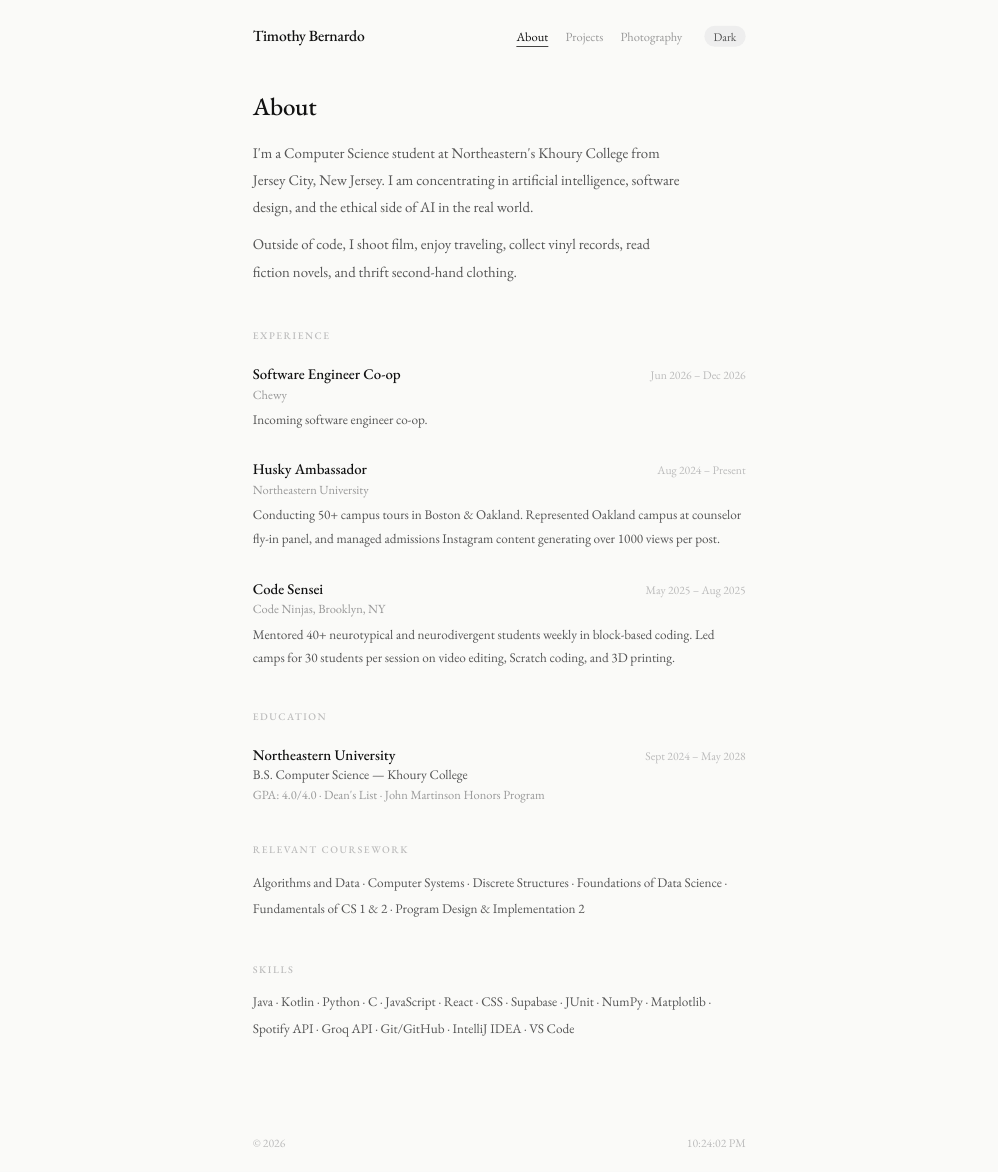
Repository: timothybernardo/portfolio
Page: /about
An editor plug-in stored every save of this project. The page is shown before and after the next save, followed by the edit.
The browser window is 1280 px wide. The pictures show the whole page, at 78% of full size.
The project was rebuilt for these pictures with package versions that can differ from the ones it lists, and the page was loaded fresh each time. Also part of the build but not shown: src/pages/Home.jsx, src/data/projects.js, src/pages/Projects.jsx, src/data/photos.js, src/components/PhotoCard.jsx, src/pages/Photography.jsx.

Above is the page before, as saved 2026-03-08 17:59:21.

### public/index.html
<!DOCTYPE html>
<html lang="en">
<head>
  <meta charset="UTF-8" />
  <meta name="viewport" content="width=device-width, initial-scale=1.0" />
  <title>Timothy Bernardo</title>
  <link rel="icon" href="/favicon.ico" />
  <link href="https://fonts.googleapis.com/css2?family=EB+Garamond:ital,wght@0,400;0,500;0,600;0,700;1,400&display=swap" rel="stylesheet" />
</head>
<body>
  <div id="root"></div>
</body>
</html>

### src/index.js
import React from "react";
import ReactDOM from "react-dom/client";
import { BrowserRouter } from "react-router-dom";
import App from "./App";
import "./index.css";

const root = ReactDOM.createRoot(document.getElementById("root"));
root.render(
  <React.StrictMode>
    <BrowserRouter>
      <App />
    </BrowserRouter>
  </React.StrictMode>
);

### src/App.jsx
import { useState } from "react";
import { Routes, Route } from "react-router-dom";
import { themes, serif } from "./theme";
import Header from "./components/Header";
import Footer from "./components/Footer";
import Home from "./pages/Home";
import About from "./pages/About";
import Projects from "./pages/Projects";
import Photography from "./pages/Photography";

export default function App() {
  const [dark, setDark] = useState(false);
const theme = dark ? themes.dark : themes.light;
document.documentElement.style.background = theme.bg;
document.body.style.background = theme.bg;

  return (
    <div
      style={{
        fontFamily: serif,
        color: theme.text,
        minHeight: "100vh",
        background: theme.bg,
        display: "flex",
        flexDirection: "column",
        transition: "background 0.3s, color 0.3s",
      }}
    >
      <Header theme={theme} isDark={dark} onToggle={() => setDark(!dark)} />

      <main style={{ maxWidth: 680, width: "100%", margin: "0 auto", padding: "0 24px 100px", flex: 1 }}>
        <Routes>
          <Route path="/" element={<Home theme={theme} />} />
          <Route path="/about" element={<About theme={theme} />} />
          <Route path="/projects" element={<Projects theme={theme} />} />
          <Route path="/photography" element={<Photography theme={theme} />} />
          <Route path="/photography/:id" element={<Photography theme={theme} />} />
        </Routes>
      </main>

      <Footer theme={theme} />
    </div>
  );
}

### src/index.css
* {
  margin: 0;
  padding: 0;
  box-sizing: border-box;
}

html {
  scroll-behavior: smooth;
  overflow-y: scroll;
}

html, body, #root {
  min-height: 100%;
  height: 100%;
  background: inherit;
}

body {
  -webkit-font-smoothing: antialiased;
  -moz-osx-font-smoothing: grayscale;
  overscroll-behavior: none;
}

img {
  will-change: opacity;
}

a {
  text-decoration: none;
  color: inherit;
}

@media (max-width: 600px) {
  .desktop-nav {
    display: none !important;
  }

  .mobile-menu-btn {
    display: block !important;
  }

  .mobile-nav {
    display: flex !important;
  }
}

### src/theme.js
export const serif = "'EB Garamond', Georgia, 'Times New Roman', serif";

export const themes = {
  light: {
    bg: "#fafaf8",
    text: "#111",
    sub: "#555",
    muted: "#999",
    faint: "#bbb",
    border: "#ece9e5",
    pill: "#111",
    pillT: "#fff",
    pillB: "#ddd",
    badge: "rgba(255,255,255,0.3)",
    toggle: "#eee",
    toggleTxt: "#555",
  },
  dark: {
    bg: "#131313",
    text: "#e4e0da",
    sub: "#a09a93",
    muted: "#6b665f",
    faint: "#4a4640",
    border: "#282624",
    pill: "#e4e0da",
    pillT: "#131313",
    pillB: "#383530",
    badge: "rgba(255,255,255,0.18)",
    toggle: "#282624",
    toggleTxt: "#a09a93",
  },
};

### src/components/Header.jsx
import { useState } from "react";
import { Link, useLocation } from "react-router-dom";
import { serif } from "../theme";

const links = [
  { path: "/about", label: "About" },
  { path: "/projects", label: "Projects" },
  { path: "/photography", label: "Photography" },
];

export default function Header({ theme, onToggle, isDark }) {
  const { pathname } = useLocation();
  const [menuOpen, setMenuOpen] = useState(false);

  return (
    <header
      style={{
        maxWidth: 680,
        width: "100%",
        margin: "0 auto",
        padding: "32px 24px 0",
        fontFamily: serif,
      }}
    >
      <div style={{ display: "flex", justifyContent: "space-between", alignItems: "baseline" }}>
        <Link to="/" style={{ fontWeight: 500, fontSize: 20, letterSpacing: "-0.3px" }}
          onClick={() => setMenuOpen(false)}>
          Timothy Bernardo
        </Link>

        {/* Desktop nav */}
        <nav className="desktop-nav" style={{ display: "flex", gap: 22, alignItems: "baseline" }}>
          {links.map(({ path, label }) => (
            <Link
              key={path}
              to={path}
              style={{
                fontSize: 16,
                color: pathname === path ? theme.text : theme.muted,
                paddingBottom: 2,
                borderBottom:
                  pathname === path
                    ? `1.5px solid ${theme.text}`
                    : "1.5px solid transparent",
              }}
            >
              {label}
            </Link>
          ))}
          <span
            onClick={onToggle}
            style={{
              fontFamily: serif,
              fontSize: 15,
              cursor: "pointer",
              padding: "4px 12px",
              borderRadius: 14,
              background: theme.toggle,
              color: theme.toggleTxt,
              marginLeft: 6,
              userSelect: "none",
            }}
          >
            {isDark ? "Light" : "Dark"}
          </span>
        </nav>

        {/* Mobile menu button */}
        <span
          className="mobile-menu-btn"
          onClick={() => setMenuOpen(!menuOpen)}
          style={{
            fontSize: 24,
            cursor: "pointer",
            color: theme.text,
            userSelect: "none",
            display: "none",
          }}
        >
          {menuOpen ? "×" : "≡"}
        </span>
      </div>

      {/* Mobile nav dropdown */}
      {menuOpen && (
        <nav
          className="mobile-nav"
          style={{
            display: "none",
            flexDirection: "column",
            gap: 18,
            paddingTop: 24,
            paddingBottom: 8,
          }}
        >
          {links.map(({ path, label }) => (
            <Link
              key={path}
              to={path}
              onClick={() => setMenuOpen(false)}
              style={{
                fontSize: 20,
                color: pathname === path ? theme.text : theme.muted,
              }}
            >
              {label}
            </Link>
          ))}
          <span
            onClick={() => { onToggle(); setMenuOpen(false); }}
            style={{
              fontSize: 18,
              cursor: "pointer",
              color: theme.muted,
            }}
          >
            {isDark ? "Switch to Light" : "Switch to Dark"}
          </span>
        </nav>
      )}
    </header>
  );
}

### src/components/Footer.jsx
import Clock from "./Clock";
import { serif } from "../theme";

export default function Footer({ theme }) {
  return (
    <footer
      style={{
        maxWidth: 680,
        width: "100%",
        margin: "0 auto",
        padding: "20px 24px 28px",
        fontSize: 15,
        color: theme.faint,
        display: "flex",
        justifyContent: "space-between",
        alignItems: "center",
        fontFamily: serif,
      }}
    >
      <span>&copy; 2026</span>
      <Clock color={theme.faint} />
    </footer>
  );
}

### src/pages/About.jsx
import { serif } from "../theme";
import { experience, education, skills, courses } from "../data/experience";

export default function About({ theme }) {
  return (
    <div style={{ marginTop: 56, fontFamily: serif }}>
      <h2 style={{ fontSize: 32, fontWeight: 500, letterSpacing: "-0.3px", marginBottom: 20 }}>
        About
      </h2>
      <p style={{ fontSize: 19, color: theme.sub, lineHeight: 1.85, maxWidth: 560, marginBottom: 12 }}>
        I'm a Computer Science student at Northeastern's Khoury College from Jersey City, New Jersey.
        I am concentrating in artificial intelligence, software design, and the ethical side of AI in the real world.
      </p>
      <p style={{ fontSize: 19, color: theme.sub, lineHeight: 1.85, maxWidth: 560, marginBottom: 56 }}>
        Outside of code, I shoot film, enjoy traveling,
        collect vinyl records, read fiction novels, and thrift second-hand clothing.
      </p>

      {/* Experience */}
      <h3 style={{ fontSize: 13, fontWeight: 500, textTransform: "uppercase", letterSpacing: "2px", color: theme.faint, marginBottom: 28 }}>
        Experience
      </h3>
      {experience.map((e, i) => (
        <div key={i} style={{ marginBottom: 36 }}>
          <div style={{ display: "flex", justifyContent: "space-between", alignItems: "baseline", flexWrap: "wrap", gap: 8, marginBottom: 3 }}>
            <span style={{ fontSize: 19, fontWeight: 500 }}>{e.role}</span>
            <span style={{ fontSize: 15, color: theme.faint }}>{e.period}</span>
          </div>
          <span style={{ fontSize: 16, color: theme.muted }}>{e.place}</span>
          <p style={{ fontSize: 17, color: theme.sub, lineHeight: 1.75, margin: "8px 0 0" }}>
            {e.desc}
          </p>
        </div>
      ))}

      {/* Education */}
      <h3 style={{ fontSize: 13, fontWeight: 500, textTransform: "uppercase", letterSpacing: "2px", color: theme.faint, marginBottom: 28, marginTop: 52 }}>
        Education
      </h3>
      {education.map((ed, i) => (
        <div key={i} style={{ marginBottom: 20 }}>
          <div style={{ display: "flex", justifyContent: "space-between", alignItems: "baseline", flexWrap: "wrap", gap: 8 }}>
            <span style={{ fontSize: 19, fontWeight: 500 }}>{ed.school}</span>
            <span style={{ fontSize: 15, color: theme.faint }}>{ed.period}</span>
          </div>
          <span style={{ fontSize: 17, color: theme.sub, display: "block", marginTop: 2 }}>{ed.degree}</span>
          {ed.detail && (
            <span style={{ fontSize: 16, color: theme.muted, display: "block", marginTop: 4 }}>{ed.detail}</span>
          )}
        </div>
      ))}

      {/* Coursework */}
      <h3 style={{ fontSize: 13, fontWeight: 500, textTransform: "uppercase", letterSpacing: "2px", color: theme.faint, marginBottom: 16, marginTop: 52 }}>
        Relevant Coursework
      </h3>
      <p style={{ fontSize: 17, color: theme.sub, lineHeight: 2 }}>
        {courses.join("  ·  ")}
      </p>

      {/* Skills */}
      <h3 style={{ fontSize: 13, fontWeight: 500, textTransform: "uppercase", letterSpacing: "2px", color: theme.faint, marginBottom: 16, marginTop: 52 }}>
        Skills
      </h3>
      <p style={{ fontSize: 17, color: theme.sub, lineHeight: 2 }}>
        {skills.join("  ·  ")}
      </p>
    </div>
  );
}

### src/components/Clock.jsx
import { useState, useEffect } from "react";

export default function Clock({ color }) {
  const [time, setTime] = useState(new Date());

  useEffect(() => {
    const interval = setInterval(() => setTime(new Date()), 1000);
    return () => clearInterval(interval);
  }, []);

  return (
    <span style={{ color }}>
      {time.toLocaleTimeString("en-US", {
        hour: "2-digit",
        minute: "2-digit",
        second: "2-digit",
      })}
    </span>
  );
}

### src/data/experience.js
export const experience = [
  {
    role: "Software Engineer Co-op",
    place: "Chewy",
    period: "Jun 2026 – Dec 2026",
    desc: "Incoming software engineer co-op."
  },
  {
    role: "Husky Ambassador",
    place: "Northeastern University",
    period: "Aug 2024 – Present",
    desc: "Conducting 50+ campus tours in Boston & Oakland. Represented Oakland campus at counselor fly-in panel, and managed admissions Instagram content generating over 1000 views per post.",
  },
  {
    role: "Code Sensei",
    place: "Code Ninjas, Brooklyn, NY",
    period: "May 2025 – Aug 2025",
    desc: "Mentored 40+ neurotypical and neurodivergent students weekly in block-based coding. Led camps for 30 students per session on video editing, Scratch coding, and 3D printing.",
  },
];

export const education = [
  {
    school: "Northeastern University",
    degree: "B.S. Computer Science — Khoury College",
    period: "Sept 2024 – May 2028",
    detail: "GPA: 4.0/4.0 · Dean's List · John Martinson Honors Program",
  },
];

export const skills = [
  "Java", "Kotlin", "Python", "C", "JavaScript",
  "React", "CSS", "Supabase", "JUnit", "NumPy", "Matplotlib",
  "Spotify API", "Groq API",
  "Git/GitHub", "IntelliJ IDEA", "VS Code",
];

export const courses = [
  "Algorithms and Data", "Computer Systems", "Discrete Structures",
  "Foundations of Data Science", "Fundamentals of CS 1 & 2",
  "Program Design & Implementation 2",
];

After the next save:
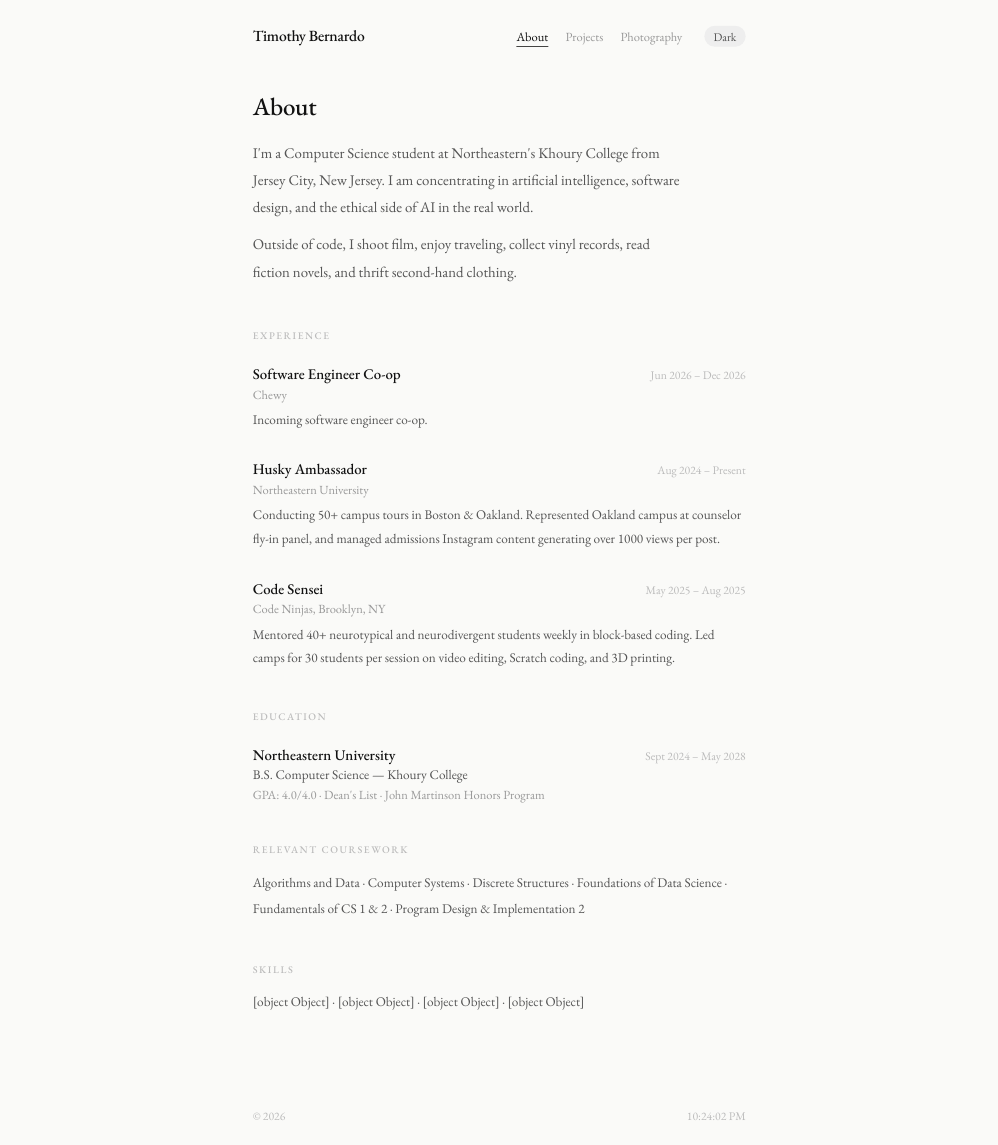
Saved 76 s later.
--- a/src/data/experience.js
+++ b/src/data/experience.js
@@ -3,7 +3,7 @@ export const experience = [
     role: "Software Engineer Co-op",
     place: "Chewy",
     period: "Jun 2026 – Dec 2026",
-    desc: "Incoming software engineer co-op."
+    desc: "Incoming software engineer co-op.",
   },
   {
     role: "Husky Ambassador",
@@ -29,10 +29,10 @@ export const education = [
 ];
 
 export const skills = [
-  "Java", "Kotlin", "Python", "C", "JavaScript",
-  "React", "CSS", "Supabase", "JUnit", "NumPy", "Matplotlib",
-  "Spotify API", "Groq API",
-  "Git/GitHub", "IntelliJ IDEA", "VS Code",
+  { label: "Languages", items: ["Java", "Python", "Kotlin", "C", "JavaScript"] },
+  { label: "Frameworks & Libraries", items: ["React", "CSS", "Supabase", "JUnit", "NumPy", "Matplotlib"] },
+  { label: "APIs & Platforms", items: ["Claude API", "Gemini API", "OpenAI API", "Spotify API", "Groq API"] },
+  { label: "Developer Tools", items: ["Git/GitHub", "IntelliJ IDEA", "VS Code"] },
 ];
 
 export const courses = [
